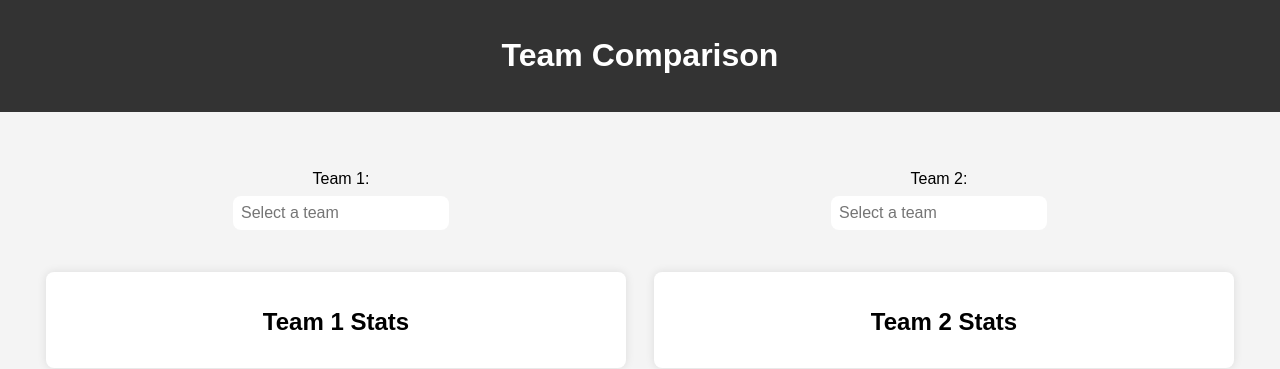
Repository: Enzo-py/dataviz-project-m1
Page: stat_page.html
An editor plug-in stored every save of this project. The page is shown before and after the next save, followed by the edit.
The browser window is 1280 px wide. The pictures show the whole page.
Some web fonts or font styles are not loaded; a fallback is used.

Above is the page before, as saved 2024-12-12 15:40:29.

After the next save:
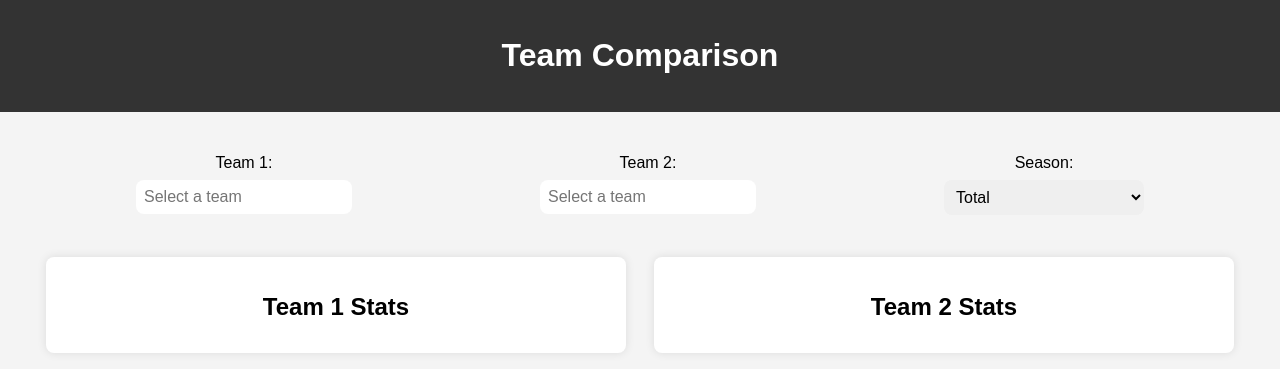
Saved 2 min 1 s later.
--- a/stat_page.html
+++ b/stat_page.html
@@ -14,7 +14,7 @@
         <h1>Team Comparison</h1>
     </header>
     <main>
-        <menu class="team-selection">
+        <div class="team-selection">
             <div class="team">
                 <label for="team1">Team 1:</label>
                 <input type="text" id="team1" list="teams" placeholder="Select a team">
@@ -23,10 +23,19 @@
                 <label for="team2">Team 2:</label>
                 <input type="text" id="team2" list="teams" placeholder="Select a team">
             </div>
+            <div class="season">
+                <label for="season">Season:</label>
+                <select id="season">
+                    <option value="total">Total</option>
+                    <option value="2021">2021</option>
+                    <option value="2022">2022</option>
+                    <option value="2023">2023</option>
+                </select>
+            </div>
             <datalist id="teams">
                 <!-- Options will be populated dynamically -->
             </datalist>
-        </menu>
+        </div>
         <section class="comparison-results">
             <div class="team-stats" id="team1-stats">
                 <h2>Team 1 Stats</h2>
--- a/style_stat_page.css
+++ b/style_stat_page.css
@@ -16,7 +16,7 @@ main {
     padding: 2rem;
 }
 
-menu.team-selection {
+div.team-selection {
     display: flex;
     justify-content: space-around;
     margin-bottom: 2rem;
